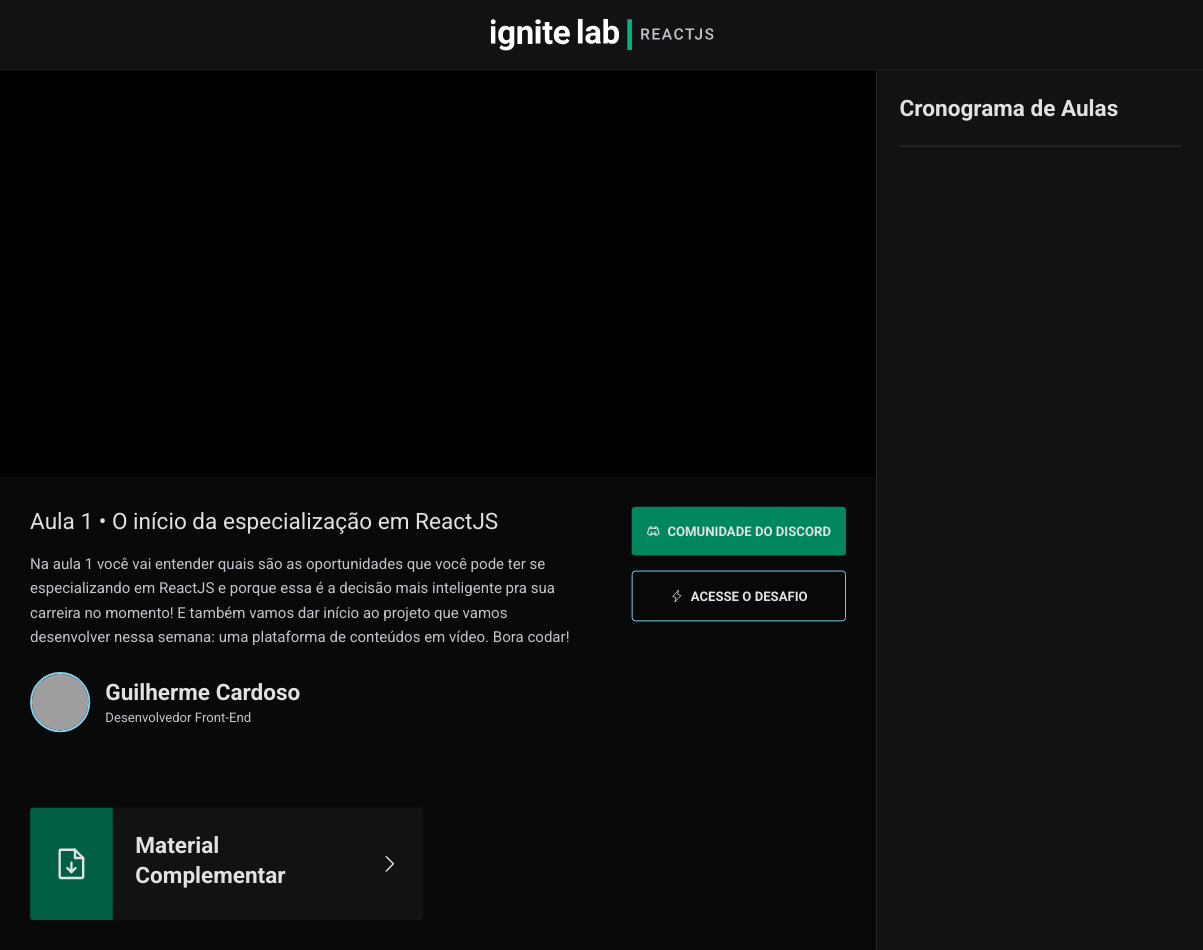
Repository: guilhermecardoso93/ignitelab
Page: /event
An editor plug-in stored every save of this project. The page is shown before and after the next save, followed by the edit.
The browser window is 1280 px wide. The pictures show the whole page, at 94% of full size.
Pictures or frames that could not be fetched are drawn as grey boxes. The page's requests for data from a server got no answer. The project was rebuilt for these pictures with package versions that can differ from the ones it lists, and the page was loaded fresh each time. No one was signed in, and anything a server would have sent is missing. Also part of the build but not shown: vite.config.ts, src/components/Lesson/index.tsx.

Above is the page before, as saved 2022-06-23 20:50:38.

### index.html
<!DOCTYPE html>
<html lang="en">
  <head>
    <meta charset="UTF-8" />
    <link rel="icon" type="image/svg+xml" href="/src/favicon.svg" />
    <link rel="preconnect" href="https://fonts.googleapis.com" />
    <link rel="preconnect" href="https://fonts.gstatic.com" crossorigin />
    <link
      href="https://fonts.googleapis.com/css2?family=Roboto:wght@400;500;700&display=swap"
      rel="stylesheet"
    />
    <meta name="viewport" content="width=device-width, initial-scale=1.0" />
    <title>Ignite Lab</title>
  </head>
  <body>
    <div id="root"></div>
    <script type="module" src="/src/main.tsx"></script>
  </body>
</html>

### src/main.tsx
import { ApolloProvider } from "@apollo/client";
import React from "react";
import ReactDOM from "react-dom/client";
import { App } from "./App";
import { client } from "./lib/apollo";

import "./styles/global.css";

ReactDOM.createRoot(document.getElementById("root")!).render(
  <React.StrictMode>
    <ApolloProvider client={client}>
      <App />
    </ApolloProvider>
  </React.StrictMode>
);

### src/App.tsx
import { Event } from "./pages/Event";

export function App() {
  return (
    <div>
      <Event />
    </div>
  );
}

### src/lib/apollo.ts
import { ApolloClient, InMemoryCache } from "@apollo/client";

export const client = new ApolloClient({
  uri: "https://api-sa-east-1.graphcms.com/v2/cl4orc0220r0201xnfce43eoi/master",
  cache: new InMemoryCache()
});

### src/pages/Event.tsx
import { Header } from "../components/Header";
import { Sidebar } from "../components/Sidebar";
import { Video } from "../components/Video";

export function Event() {
  return (
    <div className="flex flex-col min-h-screen">
      <Header />
      <main className="flex flex-1">
        <Video />
        <Sidebar />
      </main>
    </div>
  );
}

### src/components/Header/index.tsx
import { Logo } from "../Logo";

export function Header() {
  return (
    <header className='w-full py-5 flex items-center justify-center bg-gray-700 border-b border-gray-600'>
      <Logo/>
    </header>
  );
}

### src/components/Sidebar/index.tsx
import { gql, useQuery } from "@apollo/client";
import { Lesson } from "../Lesson";

const GET_LESSONS_QUERY = gql`
  query {
    lessons(orderBy: availableAt_ASC, stage: PUBLISHED) {
      id
      lessonType
      availableAt
      title
      slug
    }
  }
`;

interface GetLessonsQueryResponse {
  lessons: {
    id: string;
    title: string;
    slug: string;
    availableAt: string;
    lessonType: "live" | "class";
  }[];
}

export function Sidebar() {
  const { data } = useQuery<GetLessonsQueryResponse>(GET_LESSONS_QUERY);

  return (
    <aside className="w-[348px] bg-gray-700 p-6 border-l border-gray-600">
      <span className="font-bold text-2xl pb-6 mb-6 border-b border-gray-500 block">
        Cronograma de Aulas
      </span>

      <div className="flex flex-col gap-8">
        { data?.lessons.map( lesson => {
          return (
            <Lesson
            key={lesson.id}
            title={lesson.title}
            slug={lesson.slug}
            availableAt={new Date(lesson.availableAt)}
            type={lesson.lessonType}
          />
          )
        })}
      </div>
    </aside>
  );
}

### src/components/Video/index.tsx
import {
  CaretRight,
  DiscordLogo,
  FileArrowDown,
  Lightning
} from "phosphor-react";

export function Video() {
  return (
    <div className="flex-1 ">
      <div className="bg-black flex justify-center">
        <div className="h-full w-full max-w-[1100px] max-h-[60vh] aspect-video"></div>
      </div>

      <div className="p-8 max-w-[1100px] mx-auto">
        <div className="flex items-start gap-16">
          <div className="flex-1">
            <h1 className="text-2xl fot-bold">
              Aula 1 • O início da especialização em ReactJS
            </h1>
            <p className="mt-4 text-gray-200 leading-relaxed">
              Na aula 1 você vai entender quais são as oportunidades que você
              pode ter se especializando em ReactJS e porque essa é a decisão
              mais inteligente pra sua carreira no momento! E também vamos dar
              início ao projeto que vamos desenvolver nessa semana: uma
              plataforma de conteúdos em vídeo. Bora codar!
            </p>
            <div className="flex items-center gap-4 mt-6">
              <img
                src="https://github.com/guilhermecardoso93.png"
                alt=""
                className="h-16 w-16 rounded-full border-2 border-blue-500"
              />
              <div className="leading-relaxed">
                <strong className="font-bold text-2xl block">
                  Guilherme Cardoso
                </strong>
                <span className="text-gray-200 text-sm block">
                  Desenvolvedor Front-End
                </span>
              </div>
            </div>
          </div>

          <div className="flex flex-col gap-4">
            <a
              href="http://"
              className="p-4 text-sm bg-green-500 flex items-center rounded font-bold uppercase gap-2 justify-center hover:bg-green-700 transition-colors"
            >
              <DiscordLogo />
              comunidade do discord
            </a>
            <a
              href="http://"
              className="p-4 text-sm border border-blue-500 flex items-center rounded font-bold uppercase gap-2 justify-center hover:bg-blue-500 hover:text-gray-900 transition-colors"
            >
              <Lightning />
              Acesse o desafio
            </a>
          </div>
        </div>

        <div className="gap-8 mt-20 grid grid-cols-2">
          <a
            href=""
            className="bg-gray-700 rounded overflow-hidden flex items-stretch gap-6 hover:bg-gray-600 transition-colors"
          >
            <div className="bg-green-700 h-full p-6 flex items-center">
              <FileArrowDown size={40} />
            </div>
            <div className="py-6 leading-relaxed">
              <strong className="text-2xl">Material Complementar</strong>
              <p className="text-sm text-gray-200 mt-2"></p>
            </div>
            <div className="h-full p-6 flex items-center">
              <CaretRight size={24} />
            </div>
          </a>
        </div>
      </div>
    </div>
  );
}

### src/components/Logo/index.tsx
export function Logo() {
  return (
    <svg
      xmlns="http://www.w3.org/2000/svg"
      width="237"
      height="34"
      fill="none"
      viewBox="0 0 237 34"
    >
      <path
        fill="#fff"
        d="M.002 3.112a2.49 2.49 0 01.165-.987c.12-.314.304-.595.535-.83A2.906 2.906 0 012.615.572c.698 0 1.374.257 1.912.723.23.24.412.524.536.837a2.701 2.701 0 010 1.979 2.568 2.568 0 01-.536.837 2.889 2.889 0 01-1.907.723 2.901 2.901 0 01-1.908-.723 2.458 2.458 0 01-.538-.84 2.645 2.645 0 01-.172-.996zm4.96 23.146H.273V7.862h4.689v18.397zM8.012 16.973c0-2.853.686-5.145 2.055-6.883a6.653 6.653 0 015.528-2.606 5.869 5.869 0 014.802 2.09l.2-1.751h4.538v17.95a7.891 7.891 0 01-1.12 4.246 7.243 7.243 0 01-3.147 2.752 11.155 11.155 0 01-4.742.94c-1.378 0-2.74-.279-4.008-.812a7.08 7.08 0 01-2.946-2.11l2.208-3.02a5.905 5.905 0 004.543 2.08 4.356 4.356 0 003.104-1.059 3.938 3.938 0 001.103-2.993v-.994a5.775 5.775 0 01-4.555 1.935 6.647 6.647 0 01-3.05-.652 6.615 6.615 0 01-2.408-1.967c-1.397-1.752-2.085-4.089-2.085-6.942v-.21h-.025l.005.006zm4.997.355a6.723 6.723 0 001.026 3.956 3.233 3.233 0 002.799 1.443c.651.045 1.3-.088 1.878-.39a3.52 3.52 0 001.396-1.305v-7.825a3.448 3.448 0 00-1.374-1.305 3.504 3.504 0 00-1.86-.39 3.28 3.28 0 00-1.61.365 3.22 3.22 0 00-1.219 1.103c-.688.975-1.036 2.418-1.036 4.348zM33.098 7.833l.158 2.196a6.527 6.527 0 012.371-1.927 6.38 6.38 0 012.971-.62c1.97 0 3.438.597 4.39 1.79.953 1.194 1.456 2.936 1.486 5.293v12.249h-4.962V14.683a3.367 3.367 0 00-.684-2.344 3.086 3.086 0 00-1.069-.598 3.008 3.008 0 00-1.211-.13 3.349 3.349 0 00-1.821.454c-.553.32-1.01.794-1.313 1.367v13.37H28.45V7.845l4.647-.012zM47.512 3.112a2.304 2.304 0 01.185-.988 2.42 2.42 0 01.59-.831A3.439 3.439 0 0150.404.57c.772 0 1.52.256 2.117.723.508.486.792 1.142.792 1.826 0 .683-.284 1.34-.792 1.826a3.417 3.417 0 01-2.11.723c-.77 0-1.517-.257-2.11-.723a2.47 2.47 0 01-.594-.839 2.342 2.342 0 01-.19-.994h-.005zm5.483 23.149h-5.18V7.86h5.18v18.4zM62.454 3.334v4.612h3.107v3.677h-3.107v9.382c-.05.53.091 1.063.395 1.495a1.824 1.824 0 001.473.45c.476.002.95-.035 1.421-.114v3.803a9.672 9.672 0 01-2.939.449c-3.398 0-5.128-1.775-5.19-5.32V11.644h-2.642V7.968h2.643V3.356h4.841v-.025l-.002.003zM76.487 27.08a9.277 9.277 0 01-6.759-2.55c-1.74-1.699-2.605-3.957-2.605-6.797v-.494a11.295 11.295 0 011.098-5.08 8.141 8.141 0 013.111-3.465 8.72 8.72 0 014.59-1.22c2.577 0 4.62.815 6.098 2.449 1.478 1.633 2.226 3.94 2.226 6.929v2.055h-12.01a4.665 4.665 0 001.473 2.971 4.487 4.487 0 003.111 1.111 5.426 5.426 0 004.548-2.115l2.476 2.781a7.506 7.506 0 01-3.07 2.507 9.81 9.81 0 01-4.287.916v.002zm-.594-15.514a3.127 3.127 0 00-2.428 1.012 5.405 5.405 0 00-1.188 2.912h7.006v-.405a3.749 3.749 0 00-.908-2.608 3.252 3.252 0 00-2.45-.908h-.03l-.002-.003zM97.771 26.259h-4.957V0h4.957V26.26zM112.209 26.259c-.227-.444-.392-.997-.496-1.659-1.196 1.333-2.751 2.002-4.666 2.002-1.811 0-3.314-.523-4.504-1.572-1.191-1.049-1.786-2.372-1.786-3.966 0-1.96.725-3.464 2.179-4.513 1.453-1.049 3.553-1.58 6.3-1.59h2.273v-1.06c0-.854-.22-1.54-.659-2.051-.44-.513-1.131-.77-2.078-.77-.832 0-1.486.2-1.957.6-.474.4-.708.945-.708 1.64h-4.941c0-1.07.331-2.062.992-2.973.662-.91 1.597-1.626 2.804-2.144 1.206-.518 2.564-.778 4.069-.778 2.28 0 4.089.573 5.429 1.718 1.34 1.145 2.009 2.756 2.009 4.83v8.017c.012 1.754.256 3.082.735 3.983v.29h-4.992l-.003-.004zm-4.086-3.435c.728 0 1.402-.163 2.016-.486.614-.326 1.071-.76 1.367-1.308v-3.181h-1.846c-2.472 0-3.79.854-3.948 2.564l-.017.291c0 .614.217 1.123.649 1.523.434.4 1.026.6 1.779.6v-.003zM136.58 17.183c0 2.963-.632 5.273-1.898 6.931-1.265 1.659-3.032 2.488-5.3 2.488-2.006 0-3.608-.77-4.805-2.308l-.222 1.967h-4.444V.001h4.94v9.418c1.14-1.332 2.638-2 4.496-2 2.256 0 4.025.828 5.308 2.487 1.283 1.658 1.923 3.992 1.923 7v.274l.002.003zm-4.94-.358c0-1.868-.296-3.233-.889-4.094-.592-.861-1.475-1.29-2.65-1.29-1.572 0-2.655.643-3.247 1.932v7.299c.604 1.298 1.697 1.95 3.282 1.95 1.584 0 2.643-.788 3.146-2.36.239-.752.358-1.897.358-3.437z"
      ></path>
      <path
        fill="#C4C4CC"
        d="M164.51 17.501h-2.283v4.53h-2.048v-11.78h4.143c1.36 0 2.408.306 3.149.915.74.61 1.108 1.493 1.108 2.648 0 .787-.19 1.449-.57 1.98-.38.532-.911.94-1.59 1.226l2.646 4.906v.106h-2.194l-2.364-4.531h.003zm-2.283-1.65h2.105c.691 0 1.229-.176 1.619-.524.39-.348.582-.824.582-1.429 0-.604-.18-1.12-.538-1.466-.358-.345-.893-.523-1.606-.533h-2.162V15.85zM179.066 16.773h-4.839v3.625h5.656v1.634h-7.704V10.25h7.648v1.65h-5.6v3.253h4.839v1.62zM189.803 19.29h-4.565l-.955 2.744h-2.127l4.452-11.783h1.836l4.459 11.783h-2.137l-.963-2.744zm-3.99-1.65h3.415l-1.707-4.89-1.708 4.89zM204.716 18.197c-.119 1.256-.583 2.238-1.392 2.941-.81.703-1.885 1.056-3.228 1.056-.938 0-1.764-.222-2.48-.668-.715-.445-1.266-1.079-1.656-1.898-.387-.82-.589-1.772-.607-2.858v-1.1c0-1.11.198-2.09.59-2.937.392-.846.96-1.5 1.695-1.96.736-.458 1.587-.688 2.554-.688 1.301 0 2.347.353 3.139 1.057.792.703 1.254 1.7 1.385 2.99h-2.039c-.096-.846-.343-1.458-.74-1.833-.397-.375-.977-.563-1.745-.563-.89 0-1.574.326-2.05.977-.479.652-.721 1.605-.733 2.863v1.044c0 1.273.227 2.245.683 2.917.457.668 1.123 1.004 2.004 1.004.805 0 1.409-.18 1.814-.543.405-.363.661-.962.77-1.804h2.038l-.002.003zM216.481 11.902h-3.674v10.132h-2.031V11.902h-3.642V10.25h9.347v1.65zM222.759 10.251h2.039v8.262c0 1.127-.353 2.023-1.057 2.687-.703.664-1.633.995-2.788.995-1.229 0-2.179-.311-2.848-.93-.669-.62-1.004-1.484-1.004-2.59h2.038c0 .627.156 1.096.467 1.412.31.316.76.474 1.347.474.55 0 .989-.183 1.315-.545.326-.366.489-.867.489-1.51V10.25h.002zM234.952 18.999c0-.518-.183-.918-.545-1.197-.363-.279-1.022-.563-1.972-.849-.95-.286-1.705-.604-2.265-.955-1.074-.674-1.612-1.555-1.612-2.638 0-.95.388-1.732 1.163-2.347.774-.614 1.779-.922 3.015-.922.819 0 1.55.15 2.194.454a3.597 3.597 0 011.513 1.29c.367.558.55 1.177.55 1.858h-2.038c0-.614-.193-1.095-.578-1.443-.385-.348-.938-.524-1.656-.524-.668 0-1.189.144-1.557.43-.37.286-.555.686-.555 1.197 0 .432.2.792.6 1.08.399.29 1.056.57 1.974.842.918.271 1.653.582 2.208.93.556.348.963.748 1.222 1.197.259.452.387.977.387 1.582 0 .982-.375 1.762-1.127 2.342-.753.58-1.775.87-3.063.87a5.755 5.755 0 01-2.352-.473c-.715-.316-1.27-.75-1.668-1.308-.397-.555-.594-1.204-.594-1.942h2.048c0 .669.222 1.187.664 1.555.441.367 1.075.55 1.902.55.713 0 1.246-.143 1.607-.432.357-.288.538-.671.538-1.145l-.003-.002z"
      ></path>
      <path fill="#00B37E" d="M150.271 33.146h-4.958V.57h4.958v32.576z"></path>
    </svg>
  );
}

### tailwind.config.js
/** @type {import('tailwindcss').Config} */
module.exports = {
  content: ["./src/**/*.tsx"],
  theme: {
    extend: {
      fontFamily: {
        sans: "Roboto, sans-serif"
      },
      colors: {
        green: {
          300: "#00B37E",
          500: "#00875F",
          700: "#015F43"
        },
        blue: {
          500: "#81D8F7"
        },
        orange: {
          500: "#FBA94C"
        },
        red: {
          500: "#F75A68"
        },
        gray: {
          100: "#E1E1E6",
          200: "#C4C4CC",
          300: "#8D8D99",
          500: "#323238",
          600: "#29292E",
          700: "#121214",
          900: "#09090A"
        }
      }
    }
  },
  plugins: []
};

Loaded but not shown: src/styles/global.css (common file)

After the next save:
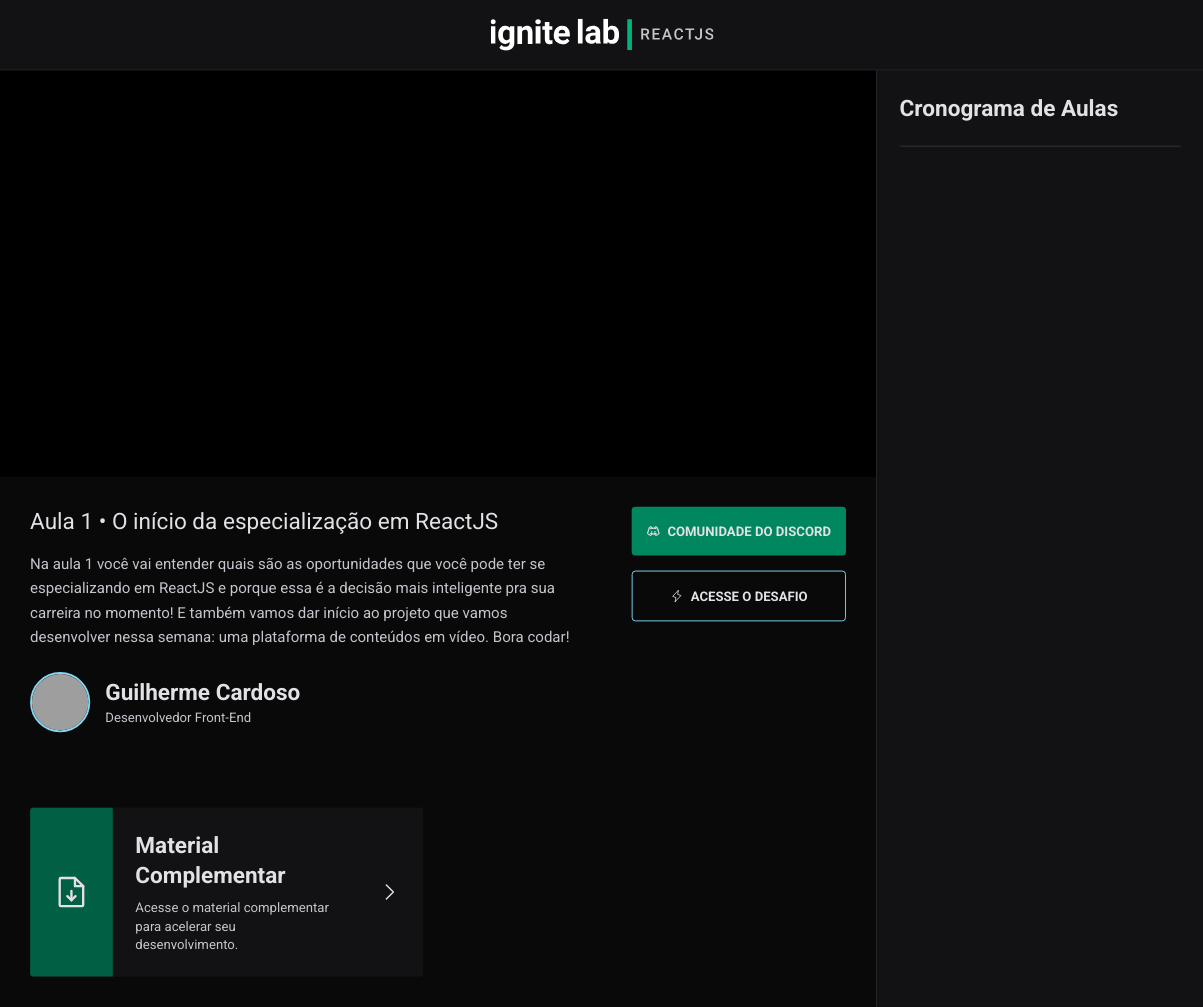
Saved 32 s later.
--- a/src/components/Video/index.tsx
+++ b/src/components/Video/index.tsx
@@ -70,7 +70,9 @@
             </div>
             <div className="py-6 leading-relaxed">
               <strong className="text-2xl">Material Complementar</strong>
-              <p className="text-sm text-gray-200 mt-2"></p>
+              <p className="text-sm text-gray-200 mt-2">
+                Acesse o material complementar para acelerar seu desenvolvimento.
+              </p>
             </div>
             <div className="h-full p-6 flex items-center">
               <CaretRight size={24} />
